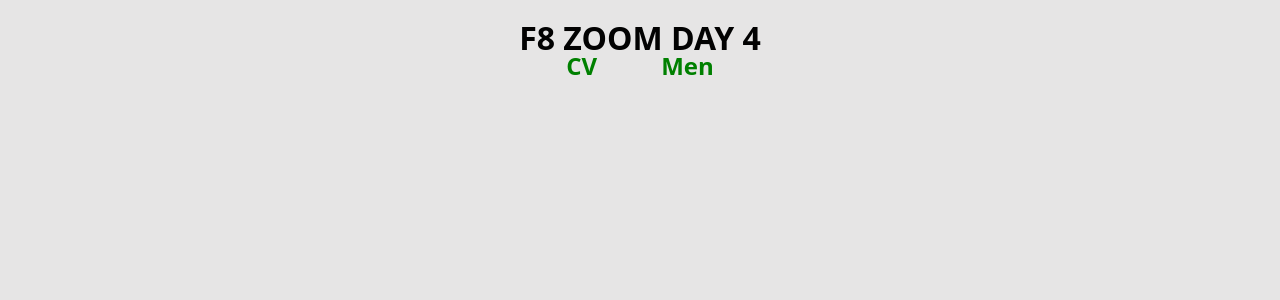
Repository: lannguyen1301/f8-zoom-day-4
Page: cv.html
An editor plug-in stored every save of this project. The page is shown before and after the next save, followed by the edit.
The browser window is 1280 px wide. The pictures show the whole page.

Above is the page before, as saved 2025-04-17 22:56:53.

### cv.html
<!DOCTYPE html>
<html lang="en">

<head>
    <meta charset="UTF-8">
    <meta name="viewport" content="width=device-width, initial-scale=1.0">
    <title>f8-zoom-day-4</title>
    <link rel="stylesheet" href="./assets/css/reset.css">
    <link rel="stylesheet" href="./assets/css/style.css">
</head>

<body>
    <div class="top-desc">
        <h1 class="title-desc">F8 ZOOM DAY 4</h1>
        <ul class="list">
            <li class="item">
                <a href="./cv.html" class="link">CV</a>
            </li>
            <li class="item">
                <a href="./menu.html" class="link">Men</a>
            </li>
        </ul>
    </div>
</body>

</html>

### assets/css/style.css
* {
    box-sizing: border-box;
}

body {
    margin: 0 auto;
    font-size: 16px;
    font-family: system-ui, "Segoe UI", Roboto, Helvetica, Arial, sans-serif,
        "Apple Color Emoji", "Segoe UI Emoji", "Segoe UI Symbol";
    background-color: #e6e5e5;
}

a {
    text-decoration: none;
}

.content {
    max-width: 764px;
    margin: inherit;
    padding: 20px 66px;
    background-color: #fff;
}

.top-desc {
    margin: 22px 0 35px;
}

.title-desc {
    /* margin: 30px 0; */
    font-size: 32px;
    color: #020202;
    font-weight: 900;
    text-align: center;
}

.list {
    margin: 0 auto;
    text-align: center;
    font-size: 16px;
    color: green;
    font-weight: 500;
}

.item {
    display: inline-block;
    margin: 0 20px;
    font-weight: 900;
    font-size: 1.5rem;
}

.link {
    color: inherit;
    padding: 10px;
}

.item:hover > .link {
    color: orange;
    background-color: #fff;
    padding: 10px;
    border-radius: 5px;
}

Loaded but not shown: assets/css/reset.css (common file)

After the next save:
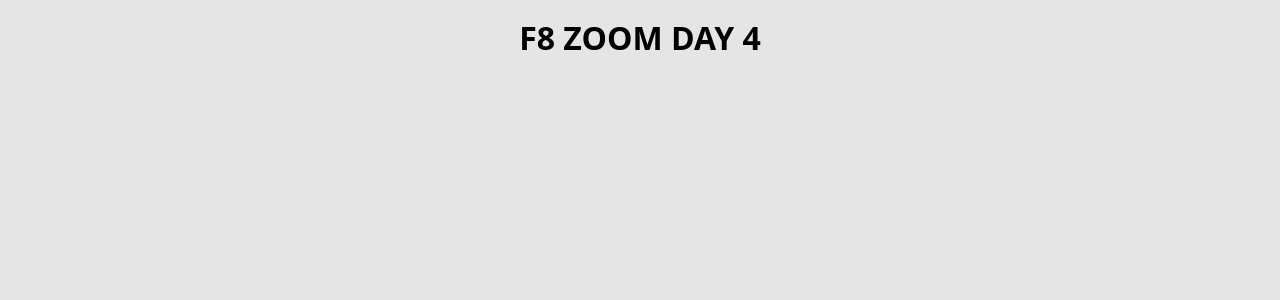
Saved 5 s later.
--- a/cv.html
+++ b/cv.html
@@ -12,14 +12,7 @@
 <body>
     <div class="top-desc">
         <h1 class="title-desc">F8 ZOOM DAY 4</h1>
-        <ul class="list">
-            <li class="item">
-                <a href="./cv.html" class="link">CV</a>
-            </li>
-            <li class="item">
-                <a href="./menu.html" class="link">Men</a>
-            </li>
-        </ul>
+
     </div>
 </body>
 
